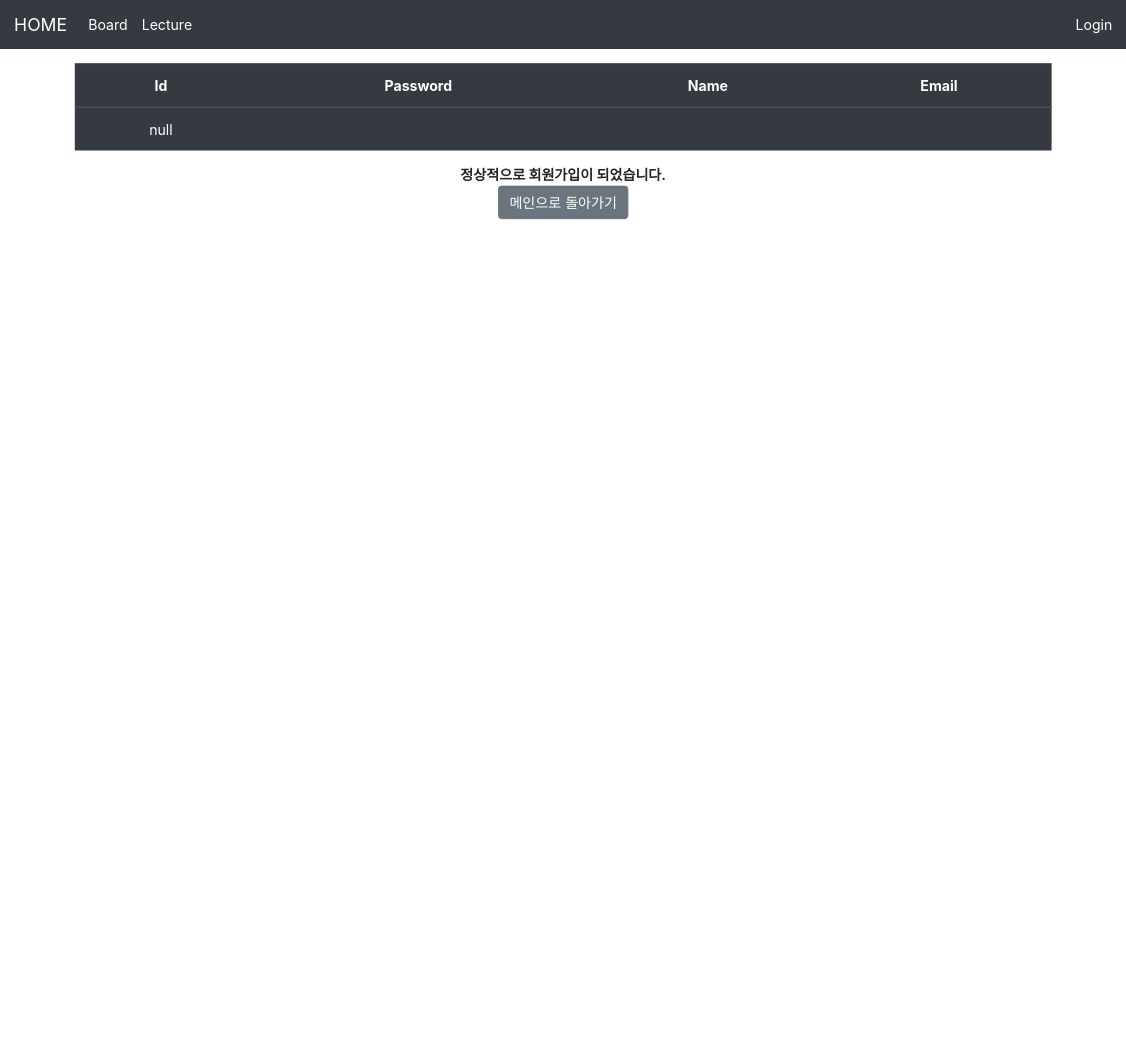
Repository: jeongeun-cloud/spring-study
Page: http://localhost/Session/registerAction.jsp
The author's editor kept a copy of each file at every save. The page is drawn from the files as they stood at one save, then again after the next save.
The browser window is 1280 px wide. The pictures show the whole page, at 88% of full size.
The page is served by Tomcat 9. Other server files are loaded and not shown. Queries for data that is not in the repository find no rows.

Above is the page before, as saved 2020-06-04 11:41:57.

### jsp_work/Session/WebContent/registerAction.jsp
<%@page import="jdbc.User"%>
<%@page import="jdbc.UserDao"%>
<%@ page language="java" contentType="text/html; charset=UTF-8"
    pageEncoding="UTF-8"%>


<!DOCTYPE html PUBLIC "-//W3C//DTD HTML 4.01 Transitional//EN" "http://www.w3.org/TR/html4/loose.dtd">
<html>
<head>
<meta http-equiv="Content-Type" content="text/html; charset=UTF-8">
<title>Insert title here</title>
</head>
<body>
	<jsp:useBean id="user" class="jdbc.User" scope="request" />
	<jsp:setProperty name="user" property="*"/>

	<%
		UserDao dao = UserDao.getInstance();
		dao.insertUser(user);
	%>

	<jsp:forward page="userInfo.jsp" />


</body>
</html>

### jsp_work/Session/WebContent/userInfo.jsp
<%@ page language="java" contentType="text/html; charset=UTF-8"
    pageEncoding="UTF-8"%>
<!DOCTYPE html PUBLIC "-//W3C//DTD HTML 4.01 Transitional//EN" "http://www.w3.org/TR/html4/loose.dtd">
<html>
<head>
<meta http-equiv="Content-Type" content="text/html; charset=UTF-8">
<title>Insert title here</title>
<link href="//maxcdn.bootstrapcdn.com/bootstrap/4.0.0/css/bootstrap.min.css" rel="stylesheet" id="bootstrap-css">
<style>
	.container{
		width:80%;
		text-align: center;
	}
</style>
</head>
<body>
	<!-- 헤더 임포트 -->
	<jsp:include page="include/header.jsp" flush="false"/>
	<!-- 자바 빈 임포트 -->
	<jsp:useBean id="user" class="jdbc.User" />
	<jsp:setProperty name="user" property="*"/>

	<div class="container">
		<table class="table table-hover table-dark">
		  <thead>
		    <tr>
		      <th scope="col">Id</th>
		      <th scope="col">Password</th>
		      <th scope="col">Name</th>
		      <th scope="col">Email</th>
		    </tr>
		  </thead>
		  <tbody>
		    <tr>
		      <!-- <th scope="row">1</th> -->
		      <td><%=user.getId() %></td>
		      <td>${param.pwd}</td>
		      <td>${param.name}</td>
		      <td>${param.email}</td>
		    </tr>
		  </tbody>
		</table>

		<b> 정상적으로 회원가입이 되었습니다. </b> <br>
		<button class="btn btn-secondary" onclick="location.href='/Session/index.jsp'"> 메인으로 돌아가기 </button>
	</div>

</body>
</html>

### jsp_work/Session/WebContent/include/header.jsp
<%@ page language="java" contentType="text/html; charset=UTF-8"
    pageEncoding="UTF-8"%>

<%
	// 세션으로 확인 할 때
	String id = (String)session.getAttribute("id");

	// 세션(id)가 비어 있으면
	String logChk = id==null? "Login" : "Logout" ;
	String src = id==null? "/Session/loginForm.jsp" : "/Session/logout.jsp";
 	String show = id==null? "" : "none";

%>

<!doctype html>
<html lang="en">
  <head>

    <!-- Bootstrap and CSS -->
	<link rel="stylesheet" href="https://stackpath.bootstrapcdn.com/bootstrap/4.5.0/css/bootstrap.min.css">

    <style>
    /* Show it is fixed to the top */
	body {
	  min-height: 75rem;
	  padding-top: 4.5rem;
	}

	.navbar-brand {
		background-color: unset;
		box-shadow: none;
	}

      .bd-placeholder-img {
        font-size: 1.125rem;
        text-anchor: middle;
        -webkit-user-select: none;
        -moz-user-select: none;
        -ms-user-select: none;
        user-select: none;
      }

      @media (min-width: 768px) {
        .bd-placeholder-img-lg {
          font-size: 3.5rem;
        }
      }

      a, a:hover{
      	color:#fff;
      	text-decoration: none;
      }

      #sign-up{
      	margin-left:10px;
      }

    </style>

  </head>
  <body>
    <nav class="navbar navbar-expand-md navbar-dark fixed-top bg-dark">
	  <a class="navbar-brand" href="/Session/index.jsp">HOME</a>
	  <button class="navbar-toggler" type="button" data-toggle="collapse" data-target="#navbarCollapse" aria-controls="navbarCollapse" aria-expanded="false" aria-label="Toggle navigation">
	    <span class="navbar-toggler-icon"></span>
	  </button>
	  <div class="collapse navbar-collapse" id="navbarCollapse">
	    <ul class="navbar-nav mr-auto">
	      <li class="nav-item">
	        <a class="nav-link active" href="/Session/board.jsp">Board</a>
	      </li>
	      <li class="nav-item active">
	        <a class="nav-link" href="/Session/lecture.jsp">Lecture</a>
	      </li>
	    </ul>
	    <a class="nav-login" href="<%=src %>"><%=logChk %></a>
	    <%-- <a class="nav-login" id="sign-up" style="display:<%=show %>;" href="/Session/signupForm.jsp">Sign Up</a> --%>
	  </div>
	</nav>
   </body>

</html>

### jsp_work/Session/src/jdbc/User.java
package jdbc;

import java.sql.Timestamp;

public class User implements java.io.Serializable {
	String id, pwd, name, email;
	Timestamp inDate, upDate;

	public User() {
		// TODO Auto-generated constructor stub
	}

	public String getId() {
		return id;
	}

	public void setId(String id) {
		this.id = id;
	}

	public String getPwd() {
		return pwd;
	}

	public void setPwd(String pwd) {
		this.pwd = pwd;
	}

	public String getName() {
		return name;
	}

	public void setName(String name) {
		this.name = name;
	}

	public String getEmail() {
		return email;
	}

	public void setEmail(String email) {
		this.email = email;
	}

	public Timestamp getInDate() {
		return inDate;
	}

	public void setInDate(Timestamp inDate) {
		this.inDate = inDate;
	}

	public Timestamp getUpDate() {
		return upDate;
	}

	public void setUpDate(Timestamp upDate) {
		this.upDate = upDate;
	}

	public User(String id) {
		this.id = id;
	}


	public User(String id, String pwd, String name, String email) {
		this.id = id;
		this.pwd = pwd;
		this.name = name;
		this.email = email;
	}

	public User(String id, String pwd, String name, String email, Timestamp inDate, Timestamp upDate) {
		this.id = id;
		this.pwd = pwd;
		this.name = name;
		this.email = email;
		this.inDate = inDate;
		this.upDate = upDate;
	}

	@Override
	public String toString() {
		return "User [id=" + id + ", pwd=" + pwd + ", name=" + name + ", email=" + email + ", inDate=" + inDate
				+ ", upDate=" + upDate + "]";
	}

}

### jsp_work/Session/src/jdbc/UserDao.java
package jdbc;

import java.sql.Connection;
import java.sql.DriverManager;
import java.sql.PreparedStatement;
import java.sql.ResultSet;
import java.sql.SQLException;
import java.sql.Timestamp;
import java.util.ArrayList;
import java.util.List;


class Dao {
	Connection conn;
	String tableName = "";

	Dao() {
		this(null, "");
	}

	Dao(String tableName) {
		this(null, tableName);
	}

	Dao(Connection conn, String tableName) {
		this.tableName = tableName;
		this.conn = conn;

		if(conn==null) {
			this.conn = JdbcUtil.getConnection();
		}
	}

	void rollback(){
		if(conn!=null) {
			try {
				conn.rollback();
			} catch(SQLException e){
				e.printStackTrace();
			}
		}
	}

	void close(AutoCloseable... acs) {
		try {
			for(AutoCloseable ac : acs) {
				if(ac!=null) ac.close();
			}
		} catch(Exception e) {}
	}

} // Dao 끝

public class UserDao extends Dao {

	Connection conn = JdbcUtil.getConnection();
	PreparedStatement pstmt = null;
	ResultSet rs = null;

	UserDao() {
		super(null, "USER_INFO");
	}

	UserDao(Connection conn) {
		super(conn, "USER_INFO");
	}

	private static UserDao instance; // 참조변수는 지정해주지 않을 경우 null로 초기화 됨
	public static UserDao getInstance() {
		if(instance == null) {
			instance = new UserDao();
		}
		return instance;
	}

	public int insertUser(User u) {
		//  insertUser()메서드를 작성하시오.(PreparedStatement)
		int result = 0;
		String sql = "insert into "+ tableName +" values(?,?,?,?,?,?)";

		try {
			pstmt = conn.prepareStatement(sql);
			pstmt.setString(1, u.getId());
			pstmt.setString(2, u.getPwd());
			pstmt.setString(3, u.getName());
			pstmt.setString(4, u.getEmail());
			pstmt.setTimestamp(5, new Timestamp(System.currentTimeMillis()));
			pstmt.setTimestamp(6, new Timestamp(System.currentTimeMillis()));

			result = pstmt.executeUpdate();

		} catch (Exception e) {
			e.printStackTrace();
		}finally {
			close(pstmt);
		}
		return result;
	}

	public int updateUser(User u) {
		//updateUser()메서드를 작성하시오.(PreparedStatement)
		int result = 0;
		String sql = "update user_info set password=?, name=?, email=?, up_date=? where user_id=?";

		try {
			pstmt = conn.prepareStatement(sql);
			pstmt.setString(1, u.getPwd());
			pstmt.setString(2, u.getName());
			pstmt.setString(3, u.getEmail());
			pstmt.setTimestamp(4, new Timestamp(System.currentTimeMillis()));
			pstmt.setString(5, u.getId());

			result = pstmt.executeUpdate();

		} catch (Exception e) {
			e.printStackTrace();
		}finally {
			close(pstmt);
		}

		return result;
	}

	public User selectUser(String userId) {
		User user = null;

		String sql = "select * from "+ tableName +" where USER_ID=?";
		try {

			pstmt = conn.prepareStatement(sql);
			pstmt.setString(1, userId);

			rs = pstmt.executeQuery();

			while(rs.next()) {
				String id = rs.getString("USER_ID");
				String pwd = rs.getString("PASSWORD");
				String name = rs.getString("NAME");
				String email = rs.getString("EMAIL");
				Timestamp inDate = rs.getTimestamp("IN_DATE");
				Timestamp upDate = rs.getTimestamp("UP_DATE");

				user = new User(id, pwd, name, email, inDate, upDate);
			}

		} catch (Exception e) {
			e.printStackTrace();
		}finally {
			close(rs, pstmt);
		}

		return user;
	}

	public int deleteUser(String userId) {
		// deleteUser메서드를 작성하시오.
		int result = 0;
		String sql = "delete from " + tableName + " where USER_ID=?";

		try {
			pstmt = conn.prepareStatement(sql);
			pstmt.setString(1, userId);

			result = pstmt.executeUpdate();

		} catch (Exception e) {
			e.printStackTrace();
		}finally {
			close(pstmt);
		}

		return result;
	}

	public int deleteAll() {
		int result = 0;
		String sql = "delete from " + tableName;

		try {
			pstmt = conn.prepareStatement(sql);
			result = pstmt.executeUpdate();

		} catch (Exception e) {
			e.printStackTrace();
		}finally {
			close(pstmt);
		}

		return result;
	}

	public List<User> selectAllUsers() {
		List<User> list = new ArrayList<User>();

		String sql = "SELECT * FROM " + tableName;
		try {
			pstmt = conn.prepareStatement(sql);
			rs = pstmt.executeQuery();

			while (rs.next()) {
				User user = new User();
				user.setId(rs.getString("USER_ID"));
				user.setPwd(rs.getString("PASSWORD"));
				user.setName(rs.getString("NAME"));
				user.setEmail(rs.getString("EMAIL"));
				user.setInDate(rs.getTimestamp("IN_DATE"));
				user.setUpDate(rs.getTimestamp("UP_DATE"));

				list.add(user);
			}

		} catch ( Exception e ) {
			e.printStackTrace();
		} finally {
			close(rs, pstmt);
		}

		return list;
	}
}

### jsp_work/Session/src/jdbc/JdbcUtil.java
package jdbc;

import java.sql.Connection;
import java.sql.DriverManager;

public class JdbcUtil {

	public static Connection getConnection() {
		Connection conn = null;

		String DB_URL = "jdbc:oracle:thin:@127.0.0.1:1521:XE";
		String DB_USER = "student";
		String DB_PASSWORD = "1234";
		try {
			Class.forName("oracle.jdbc.driver.OracleDriver");
			conn = DriverManager.getConnection(DB_URL, DB_USER, DB_PASSWORD);
			System.out.println("연결 성공");

		} catch (Exception e) {
			e.printStackTrace();
		}

		return conn;
	}

}

After the next save:
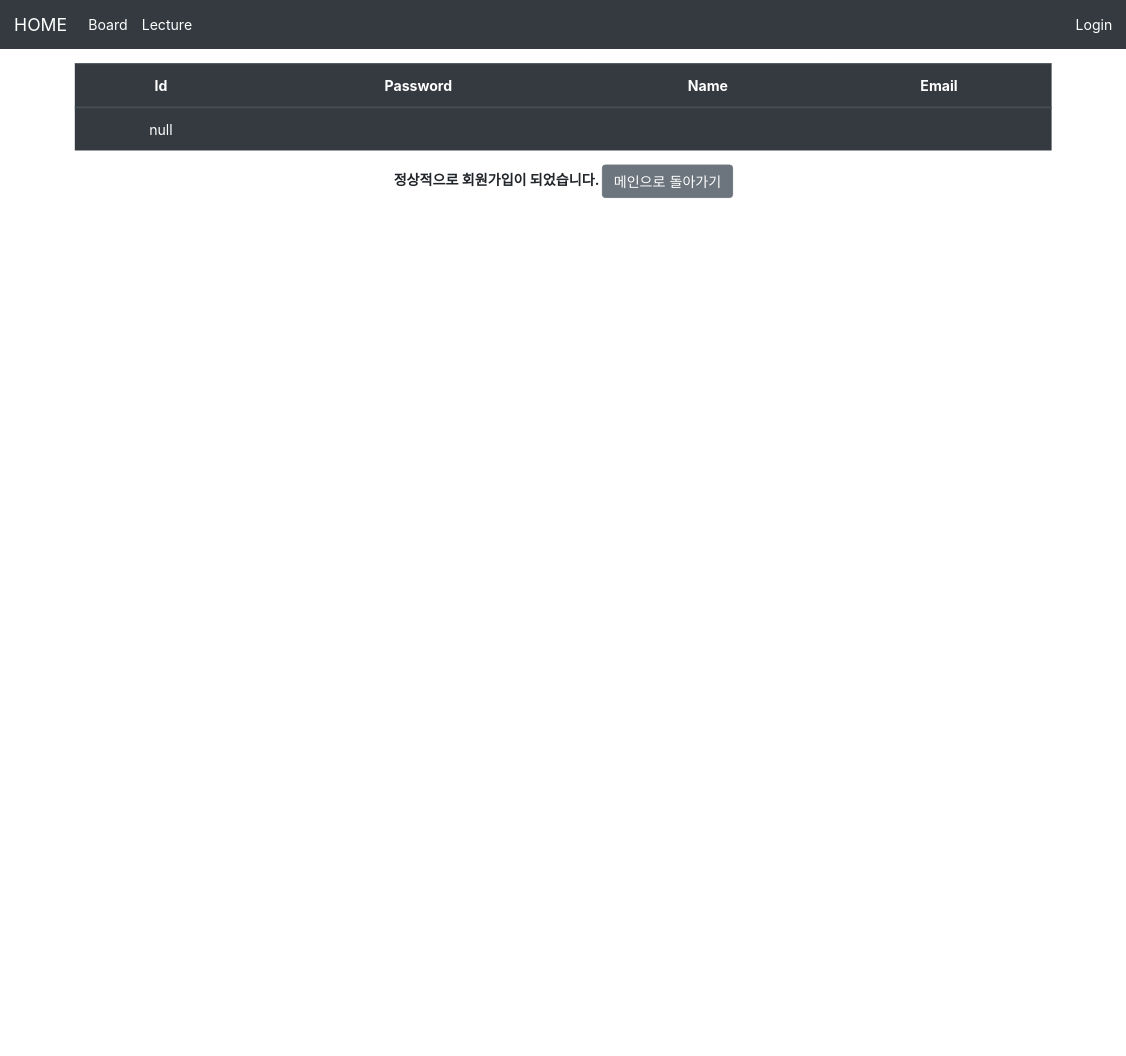
Saved 44 s later.
--- a/jsp_work/Session/WebContent/userInfo.jsp
+++ b/jsp_work/Session/WebContent/userInfo.jsp
@@ -10,6 +10,10 @@
 	.container{
 		width:80%;
 		text-align: center;
+	}
+
+	b {
+		margin-bottom:20px;
 	}
 </style>
 </head>
@@ -41,7 +45,7 @@
 		  </tbody>
 		</table>
 
-		<b> 정상적으로 회원가입이 되었습니다. </b> <br>
+		<b> 정상적으로 회원가입이 되었습니다. </b>
 		<button class="btn btn-secondary" onclick="location.href='/Session/index.jsp'"> 메인으로 돌아가기 </button>
 	</div>
 

After the 2 saves that followed:
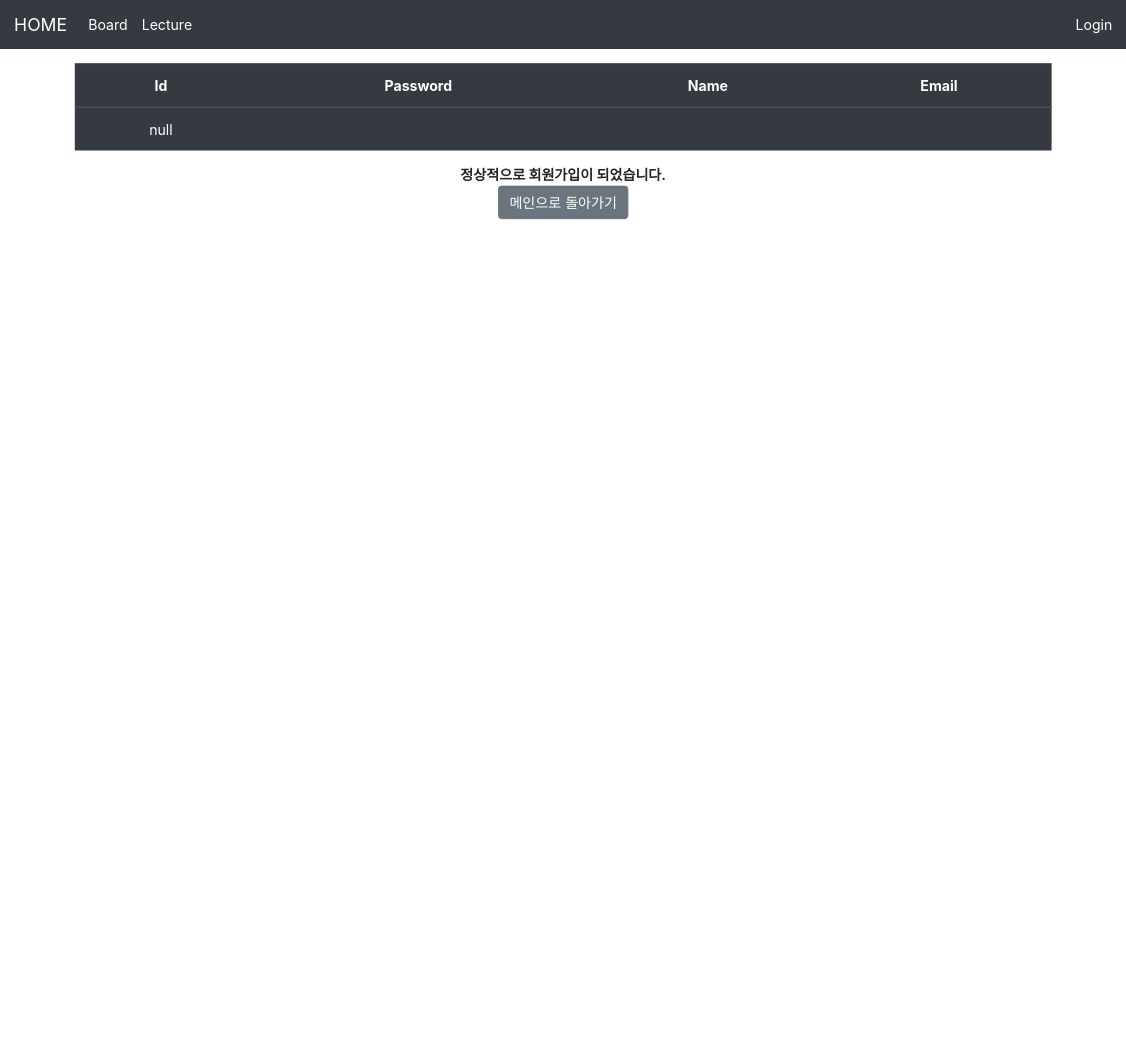
The 2 saves are shown as one change because 1 left the picture as it was.
The last was saved 45 s later.
--- a/jsp_work/Session/WebContent/userInfo.jsp
+++ b/jsp_work/Session/WebContent/userInfo.jsp
@@ -12,8 +12,8 @@
 		text-align: center;
 	}
 
-	b {
-		margin-bottom:20px;
+	button {
+		margin-top:20px;
 	}
 </style>
 </head>
@@ -45,7 +45,7 @@
 		  </tbody>
 		</table>
 
-		<b> 정상적으로 회원가입이 되었습니다. </b>
+		<b> 정상적으로 회원가입이 되었습니다.</b> <br>
 		<button class="btn btn-secondary" onclick="location.href='/Session/index.jsp'"> 메인으로 돌아가기 </button>
 	</div>
 
